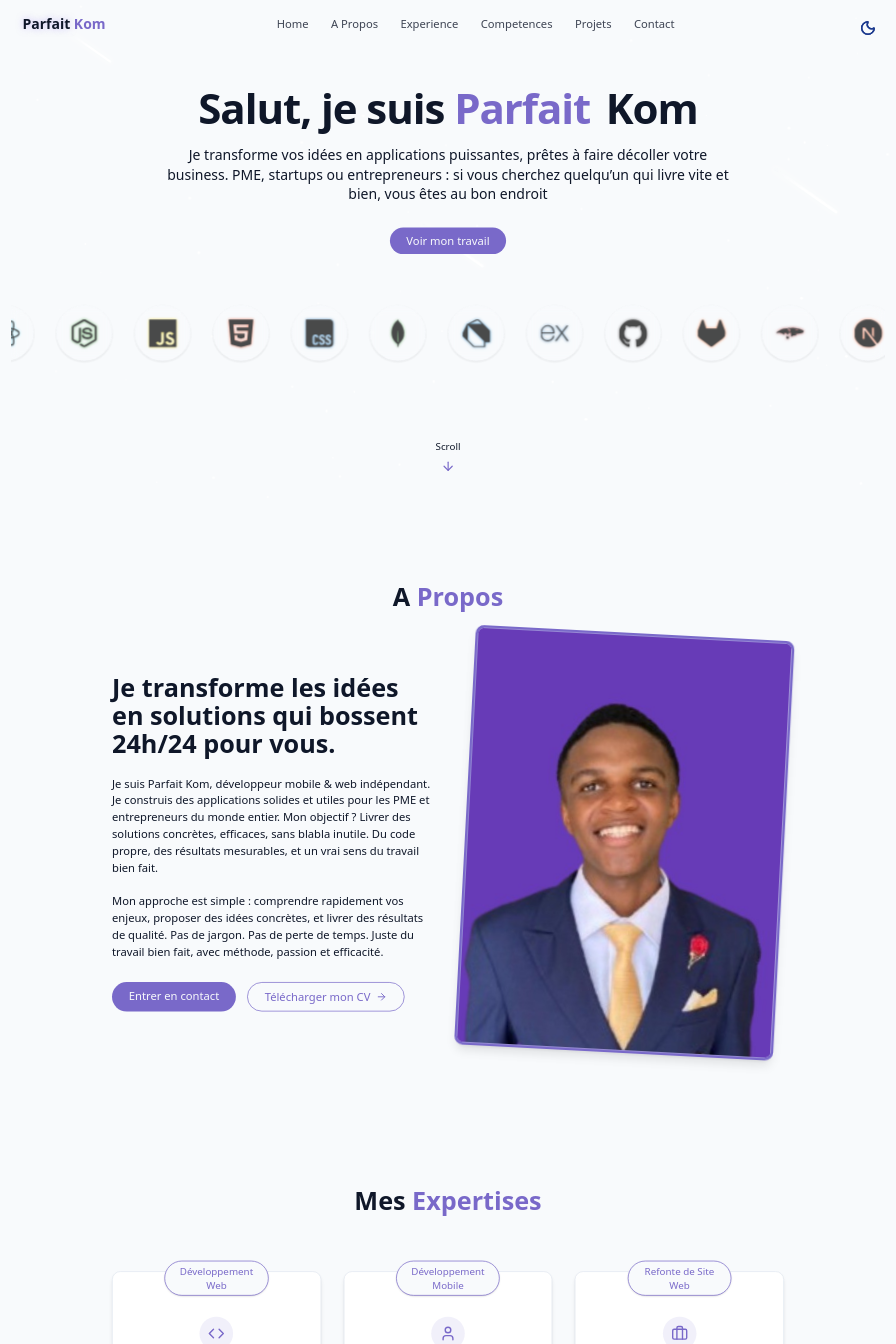
Repository: KOMI18/komi-folio
Page: /
The author's editor kept a copy of each file at every save. The page is drawn from the files as they stood at one save, then again after a run of saves.
The browser window is 1280 px wide. The pictures show the part of the page from y = 0 to 1920 px (the page is 6235 px tall), at 70% of full size.
The project was rebuilt for these pictures with package versions that can differ from the ones it lists, and the page was loaded fresh each time. Also part of the build but not shown: vite.config.js, src/pages/NotFound.jsx.

Above is the page before, as saved 2025-06-27 23:55:18.

### index.html
<!doctype html>
<html lang="en">
  <head>
    <meta charset="UTF-8" />
    <link rel="icon" type="image/svg+xml" href="" />
    <meta name="viewport" content="width=device-width, initial-scale=1.0" />
    <title>Parfait Kom</title>
  </head>
  <body>
    <div id="root"></div>
    <script type="module" src="/src/main.jsx"></script>
  </body>
</html>

### src/index.css
@import "tailwindcss";

@theme {
  --color-border: hsl(var(--border));
  --color-background: hsl(var(--background));
  --color-foreground: hsl(var(--foreground));

  --color-primary: hsl(var(--primary));
  --color-primary-foreground: hsl(var(--primary-foreground));

  --color-card: hsl(var(--card));

  --animate-float: float 6s ease-in-out infinite;
  --animate-pulse-subtle: pulse-subtle 4s ease-in-out infinite;
  --animate-fade-in: fade-in 0.7s ease-out forwards;
  --animate-fade-in-delay-1: fade-in 0.7s ease-out 0.2s forwards;
  --animate-fade-in-delay-2: fade-in 0.7s ease-out 0.4s forwards;
  --animate-fade-in-delay-3: fade-in 0.7s ease-out 0.6s forwards;
  --animate-fade-in-delay-4: fade-in 0.7s ease-out 0.8s forwards;
  --animate-meteor: meteor 5s linear infinite;

  @keyframes float {
    0%,
    100% {
      transform: translateY(0);
    }
    50% {
      transform: translateY(-10px);
    }
  }
  @keyframes pulse-subtle {
    0%,
    100% {
      opacity: 1;
    }
    50% {
      opacity: 0.8;
    }
  }
  @keyframes fade-in {
    from {
      opacity: 0;
      transform: translateY(20px);
    }
    to {
      opacity: 1;
      transform: translateY(0);
    }
  }
  @keyframes meteor {
    0% {
      transform: rotate(215deg) translateX(0);
      opacity: 1;
    }
    70% {
      opacity: 1;
    }
    100% {
      transform: rotate(215deg) translateX(-500px);
      opacity: 0;
    }
  }
}

@layer base {
  :root {
    --background: 210 40% 98%;
    --foreground: 222 47% 11%;

    --card: 0 0% 100%;

    --primary: 250 47% 60%;
    --primary-foreground: 210 40% 98%;

    --border: 214 32% 91%;
  }

  .dark {
    --background: 222 47% 4%;
    --foreground: 213 31% 91%;

    --card: 222 47% 8%;

    --primary: 250 65% 65%;
    --primary-foreground: 213 31% 91%;

    --border: 217 33% 20%;
  }

  * {
    @apply border-border;
  }

  html {
    @apply scroll-smooth;
  }

  body {
    @apply bg-background text-foreground transition-colors duration-300;
    font-feature-settings: "rlig" 1, "calt" 1;
  }
}

@utility container {
  margin-inline: auto;
  padding-inline: 2rem;

  @media (width >= 640px) {
    max-width: 640px;
  }
  @media (width >= 768px) {
    max-width: 768px;
  }
  @media (width >= 1024px) {
    max-width: 1024px;
  }
  @media (width >= 1280px) {
    max-width: 1280px;
  }
  @media (width >= 1400px) {
    max-width: 1400px;
  }
}

@utility text-glow {
  @apply relative;
  text-shadow: 0 0 10px rgba(167, 139, 250, 0.5);
}

@utility card-hover {
  @apply transition-transform duration-300 hover:scale-[1.02] hover:shadow-lg;
}

@utility gradient-border {
  @apply relative rounded-md;
  background: linear-gradient(to right, hsl(var(--card)), hsl(var(--card)));
  background-clip: padding-box;
  border: 1px solid transparent;
}

@utility cosmic-button {
  @apply px-6 py-2 rounded-full bg-primary text-primary-foreground font-medium
         transition-all duration-300 hover:shadow-[0_0_10px_rgba(139,92,246,0.5)]
         hover:scale-105 active:scale-95;
}

@utility star {
  @apply absolute rounded-full bg-white;
  box-shadow: 0 0 10px 2px rgba(255, 255, 255, 0.4);
}

@utility meteor {
  @apply absolute bg-linear-to-r from-white via-white to-transparent rounded-full;
  box-shadow: 0 0 10px 5px rgba(255, 255, 255, 0.3);
}

#root {
  max-width: 100%;
  margin: 0 auto;
  padding: 0;
  text-align: center;
}
@keyframes fade-in-up {
  0% {
    opacity: 0;
    transform: translateY(16px);
  }
  100% {
    opacity: 1;
    transform: translateY(0);
  }
}

.animate-fade-in-up {
  animation: fade-in-up 1s ease-out forwards;
}
@keyframes scroll {
  0% { transform: translateX(0); }
  100% { transform: translateX(-50%); }
}
.animate-carousel{
  animation: scroll 25s linear infinite;
}

### src/pages/Home.jsx
import { Navbar } from "../components/Navbar";
import { ThemeToggle } from "../components/ThemeToggle";
import { StarBackground } from "@/components/StarBackground";
import { HeroSection } from "../components/HeroSection";
import { AboutSection } from "../components/AboutSection";
import { SkillsSection } from "../components/SkillsSection";
import { ProjectsSection } from "../components/ProjectsSection";
import { ContactSection } from "../components/ContactSection";
import { Footer } from "../components/Footer";
import {ExperienceSection} from "../components/ExperianceSection"
import { ExpertiseSection } from "../components/ExpertiseSection";
export const Home = () => {
  return (
    <div className="min-h-screen bg-background text-foreground overflow-x-hidden">
      {/* Theme Toggle */}
      <ThemeToggle />
      {/* Background Effects */}
      <StarBackground />

      {/* Navbar */}
      <Navbar />
      {/* Main Content */}
      <main>
        <HeroSection />
        <AboutSection />
        <ExpertiseSection/>
        <ExperienceSection/>
        <SkillsSection />
        <ProjectsSection />
        <ContactSection />
      </main>

      {/* Footer */}
      <Footer />
    </div>
  );
};

### src/components/ui/toaster.jsx
import { useToast } from "@/hooks/use-toast";
import {
  Toast,
  ToastClose,
  ToastDescription,
  ToastProvider,
  ToastTitle,
  ToastViewport,
} from "@/components/ui/toast";

export function Toaster() {
  const { toasts } = useToast();

  return (
    <ToastProvider>
      {toasts.map(function ({ id, title, description, action, ...props }) {
        return (
          <Toast key={id} {...props}>
            <div className="grid gap-1">
              {title && <ToastTitle>{title}</ToastTitle>}
              {description && (
                <ToastDescription>{description}</ToastDescription>
              )}
            </div>
            {action}
            <ToastClose />
          </Toast>
        );
      })}
      <ToastViewport />
    </ToastProvider>
  );
}

### src/components/Navbar.jsx
import { cn } from "@/lib/utils";
import { Menu, X } from "lucide-react";
import { useEffect, useState } from "react";
import { ThemeToggle } from "./ThemeToggle";
const navItems = [
  { name: "Home", href: "#hero" },
  { name: "A Propos", href: "#about" },
  { name: "Experience", href: "#experience" },
  { name: "Competences", href: "#skills" },
  { name: "Projets", href: "#projects" },
  { name: "Contact", href: "#contact" },


];

export const Navbar = () => {
  const [isScrolled, setIsScrolled] = useState(false);
  const [isMenuOpen, setIsMenuOpen] = useState(false);

  useEffect(() => {
    const handleScroll = () => {
      setIsScrolled(window.screenY > 10);
    };

    window.addEventListener("scroll", handleScroll);
    return () => window.removeEventListener("scroll", handleScroll);
  }, []);
  return (
    <nav
      className={cn(
        "fixed w-full z-40 transition-all duration-300",
        isScrolled ? "py-3 bg-background/80 backdrop-blur-md shadow-xs" : "py-5"
      )}
    >
      <div className="container flex items-center justify-between">
        <a
          className="text-xl font-bold text-primary flex items-center"
          href="#hero"
        >
          <span className="relative z-10">
            <span className="text-glow text-foreground"> Parfait  </span>{" "}
            Kom
          </span>
        </a>

        {/* desktop nav */}
        <div className="hidden md:flex space-x-8">
          {navItems.map((item, key) => (
            <a
              key={key}
              href={item.href}
              className="text-foreground/80 hover:text-primary transition-colors duration-300"
            >
              {item.name}
            </a>
          ))}
        </div>

        {/* mobile nav */}

        <div className="flex items-center px-5 justify-end">
          <ThemeToggle />

        <button
          onClick={() => setIsMenuOpen((prev) => !prev)}
          className="md:hidden p-2 text-foreground z-50"
          aria-label={isMenuOpen ? "   Menu" : "Open Menu"}
        >
          {isMenuOpen ? <X size={24} /> : <Menu size={24} />}{" "}
        </button>
        </div>
        <div
          className={cn(
            "fixed inset-0 bg-background/95 backdroup-blur-md z-40 flex flex-col items-center justify-center",
            "transition-all duration-300 md:hidden",
            isMenuOpen
              ? "opacity-100 pointer-events-auto"
              : "opacity-0 pointer-events-none"
          )}
        >
          <div className="flex flex-col space-y-8 text-xl">
            {navItems.map((item, key) => (
              <a
                key={key}
                href={item.href}
                className="text-foreground/80 hover:text-primary transition-colors duration-300"
                onClick={() => setIsMenuOpen(false)}
              >
                {item.name}
              </a>
            ))}
          </div>
        </div>
      </div>
    </nav>
  );
};

### src/components/ThemeToggle.jsx
import { Moon, Sun } from "lucide-react";
import { useEffect, useState } from "react";
import { cn } from "@/lib/utils";

export const ThemeToggle = () => {
  const [isDarkMode, setIsDarkMode] = useState(false);

  useEffect(() => {
    const storedTheme = localStorage.getItem("theme");
    if (storedTheme === "dark") {
      setIsDarkMode(true);
      document.documentElement.classList.add("dark");
    } else {
      localStorage.setItem("theme", "light");
      setIsDarkMode(false);
    }
  }, []);

  const toggleTheme = () => {
    if (isDarkMode) {
      document.documentElement.classList.remove("dark");
      localStorage.setItem("theme", "light");
      setIsDarkMode(false);
    } else {
      document.documentElement.classList.add("dark");
      localStorage.setItem("theme", "dark");
      setIsDarkMode(true);
    }
  };

  return (
    <button
      onClick={toggleTheme}
      className={cn(
        "fixed top-5 right-5 z-30 p-2 rounded-full transition-colors duration-300",
        "focus:outline-none"
      )}
    >
      {isDarkMode ? (
        <Sun className="h-6 w-6 text-yellow-300" />
      ) : (
        <Moon className="h-6 w-6 text-blue-900" />
      )}
    </button>
  );
};

### src/components/StarBackground.jsx
import { useEffect, useState } from "react";

// id, size, x, y, opacity, animationDuration
// id, size, x, y, delay, animationDuration

export const StarBackground = () => {
  const [stars, setStars] = useState([]);
  const [meteors, setMeteors] = useState([]);

  useEffect(() => {
    generateStars();
    generateMeteors();

    const handleResize = () => {
      generateStars();
    };

    window.addEventListener("resize", handleResize);

    return () => window.removeEventListener("resize", handleResize);
  }, []);

  const generateStars = () => {
    const numberOfStars = Math.floor(
      (window.innerWidth * window.innerHeight) / 10000
    );

    const newStars = [];

    for (let i = 0; i < numberOfStars; i++) {
      newStars.push({
        id: i,
        size: Math.random() * 3 + 1,
        x: Math.random() * 100,
        y: Math.random() * 100,
        opacity: Math.random() * 0.5 + 0.5,
        animationDuration: Math.random() * 4 + 2,
      });
    }

    setStars(newStars);
  };

  const generateMeteors = () => {
    const numberOfMeteors = 4;
    const newMeteors = [];

    for (let i = 0; i < numberOfMeteors; i++) {
      newMeteors.push({
        id: i,
        size: Math.random() * 2 + 1,
        x: Math.random() * 100,
        y: Math.random() * 20,
        delay: Math.random() * 15,
        animationDuration: Math.random() * 3 + 3,
      });
    }

    setMeteors(newMeteors);
  };

  return (
    <div className="fixed inset-0 overflow-hidden pointer-events-none z-0">
      {stars.map((star) => (
        <div
          key={star.id}
          className="star animate-pulse-subtle"
          style={{
            width: star.size + "px",
            height: star.size + "px",
            left: star.x + "%",
            top: star.y + "%",
            opacity: star.opacity,
            animationDuration: star.animationDuration + "s",
          }}
        />
      ))}

      {meteors.map((meteor) => (
        <div
          key={meteor.id}
          className="meteor animate-meteor"
          style={{
            width: meteor.size * 50 + "px",
            height: meteor.size * 2 + "px",
            left: meteor.x + "%",
            top: meteor.y + "%",
            animationDelay: meteor.delay,
            animationDuration: meteor.animationDuration + "s",
          }}
        />
      ))}
    </div>
  );
};

### src/components/AboutSection.jsx

import { ArrowRight , Image} from "lucide-react";

export const AboutSection = () => {
  return (
    <section id="about" className="py-24 px-4 bg-background">
       <h2 className="text-3xl md:text-4xl font-bold mb-4 py-4 text-center">
          {" "}
          A <span className="text-primary">Propos</span>
        </h2>
      <div className="container mx-auto max-w-5xl grid grid-cols-1 md:grid-cols-2  gap-12 items-center">
        {/* Image */}
        <div className="order-first md:order-last flex justify-center md:justify-start">
          <div className="w-40 h-40 sm:w-80 sm:h-80 md:w-[500px] md:h-[500px] lg:w-[600px] lg:h-[600px] relative transform rotate-3 rounded-xl overflow-hidden border-4 border-primary shadow-lg transition-transform duration-500 hover:scale-105">
            <img
              src="/projects/parfaitkom.jpeg"
              alt="Parfait Kom"
              className="w-full h-full object-cover"
              width={500}
              height={500}
            />
          </div>
        </div>
        {/* Content */}
        <div className="space-y-6">
          <h2 className="text-3xl md:text-4xl font-bold text-left  md:text-left">
            Je transforme les idées en solutions qui bossent 24h/24 pour vous.
          </h2>

          <p className="text-muted-foreground text-left md:text-left">
            Je suis Parfait Kom, développeur mobile & web indépendant. Je construis des applications solides et utiles pour les PME et entrepreneurs du monde entier. Mon objectif ? Livrer des solutions concrètes, efficaces, sans blabla inutile. Du code propre, des résultats mesurables, et un vrai sens du travail bien fait.
          </p>

          <p className="text-muted-foreground text-left md:text-left">
            Mon approche est simple : comprendre rapidement vos enjeux, proposer des idées concrètes, et livrer des résultats de qualité. Pas de jargon. Pas de perte de temps. Juste du travail bien fait, avec méthode, passion et efficacité.
          </p>

          <div className="flex flex-col sm:flex-row gap-4 pt-2">
            <a href="#contact" className="cosmic-button">
              Entrer en contact
            </a>

            <a
              href="/docs/parfait_kom_cv.pdf"
              download
              className="px-6 py-2 rounded-full border border-primary text-primary hover:bg-primary/10 transition-colors duration-300 flex items-center gap-2"
            >
              Télécharger mon CV <ArrowRight className="w-4 h-4" />
            </a>
          </div>
        </div>
      </div>
    </section>
  );
};

export default AboutSection;

### src/components/SkillsSection.jsx
import { useState } from "react";
import { cn } from "@/lib/utils";

const skills = [
  // Frontend
  { name: "Flutter / Dart", level: 70, category: "frontend" },
  { name: "JavaScript", level: 60, category: "frontend" },
  { name: "React", level: 80, category: "frontend" },
  { name: "Tailwind CSS", level: 90, category: "frontend" },


  // Backend
  { name: "Node.js", level: 80, category: "backend" },
  { name: "Express", level: 75, category: "backend" },
  { name: "MongoDB", level: 70, category: "backend" },

  // Tools
  { name: "Git/GitHub", level: 80, category: "tools" },
  { name: "Postman", level: 80, category: "tools" },
];

const categories = ["Tout", "frontend", "backend", "tools"];

export const SkillsSection = () => {
  const [activeCategory, setActiveCategory] = useState("Tout");

  const filteredSkills = skills.filter(
    (skill) => activeCategory === "Tout" || skill.category === activeCategory
  );
  return (
    <section id="skills" className="py-24 px-4 relative bg-secondary/30">
      <div className="container mx-auto max-w-5xl">
        <h2 className="text-3xl md:text-4xl font-bold mb-12 text-center">
        Mes  <span className="text-primary"> compétences</span>
        </h2>

        <div className="flex flex-wrap justify-center gap-4 mb-12">
          {categories.map((category, key) => (
            <button
              key={key}
              onClick={() => setActiveCategory(category)}
              className={cn(
                "px-5 py-2 rounded-full transition-colors duration-300 capitalize",
                activeCategory === category
                  ? "bg-primary text-primary-foreground"
                  : "bg-secondary/70 text-forefround hover:bd-secondary"
              )}
            >
              {category}
            </button>
          ))}
        </div>

        <div className="grid grid-cols-1 sm:grid-cols-2 lg:grid-cols-3 gap-6">
          {filteredSkills.map((skill, key) => (
            <div
              key={key}
              className="bg-card p-6 rounded-lg shadow-xs card-hover"
            >
              <div className="text-left mb-4">
                <h3 className="font-semibold text-lg"> {skill.name}</h3>
              </div>
              <div className="w-full bg-secondary/50 h-2 rounded-full overflow-hidden">
                <div
                  className="bg-primary h-2 rounded-full origin-left animate-[grow_1.5s_ease-out]"
                  style={{ width: skill.level + "%" }}
                />
              </div>

              <div className="text-right mt-1">
                <span className="text-sm text-muted-foreground">
                  {skill.level}%
                </span>
              </div>
            </div>
          ))}
        </div>
      </div>
    </section>
  );
};

### src/components/Footer.jsx
import { ArrowUp } from "lucide-react";

export const Footer = () => {
  return (
    <footer className="py-12 px-4 bg-card relative border-t border-border mt-12 pt-8 flex flex-wrap justify-between items-center">
      {" "}
      <p className="text-sm text-muted-foreground">
        {" "}
        &copy; {new Date().getFullYear()} Parfait Kom . All rights reserved.
      </p>
      <a
        href="#hero"
        className="p-2 rounded-full bg-primary/10 hover:bg-primary/20 text-primary transition-colors"
      >
        <ArrowUp size={20} />
      </a>
    </footer>
  );
};

### src/components/ExpertiseSection.jsx
import { useEffect } from "react";
import { Code, User, Briefcase } from "lucide-react";

export const ExpertiseSection = () => {
  const services = [
    {
      icon: <Code className="h-6 w-6 text-primary" />,
      title: "Développement Web",
      description:
        "Des sites solides, rapides, pensés pour convaincre et performer. Rien n'est laissé au hasard."
    },
    {
      icon: <User className="h-6 w-6 text-primary" />,
      title: "Développement Mobile",
      description:
        "Des applications mobiles modernes, stables et fluides. Pensées pour vos utilisateurs, conçues pour durer."
    },
    {
      icon: <Briefcase className="h-6 w-6 text-primary" />,
      title: "Refonte de Site Web",
      description:
        "Un site obsolète, c’est un frein. Je repense, restructure et redonne vie à votre présence en ligne."
    }
  ];

  useEffect(() => {
    const observer = new IntersectionObserver(
      (entries) => {
        entries.forEach((entry) => {
          if (entry.isIntersecting) {
            entry.target.classList.add("animate-fade-in-up");
            observer.unobserve(entry.target);
          }
        });
      },
      { threshold: 0.2 }
    );

    const cards = document.querySelectorAll(".expertise-card");
    cards.forEach((card) => observer.observe(card));

    return () => observer.disconnect();
  }, []);

  return (
    <section id="expertise" className="py-24 px-4 bg-background">
      <div className="container max-w-5xl mx-auto text-center">
        <h2 className="text-3xl md:text-4xl font-bold mb-16">
          Mes <span className="text-primary">Expertises</span>
        </h2>

        <div className="grid grid-cols-1 md:grid-cols-3 gap-8 items-end">
          {services.map((service, index) => (
            <div
              key={index}
              className="expertise-card opacity-0 transition-opacity duration-700 ease-out translate-y-4 relative z-10 bg-card border border-border rounded-xl p-6 shadow-md hover:shadow-lg flex flex-col justify-between"
            >
              <div>
                <div className="absolute -top-4 left-1/2 -translate-x-1/2 bg-background px-3 py-1 rounded-full border border-primary text-primary text-sm font-medium shadow">
                  {service.title}
                </div>
                <div className="flex flex-col items-center pt-10 space-y-4">
                  <div className="p-3 rounded-full bg-primary/10">{service.icon}</div>
                  <p className="text-muted-foreground text-sm text-center">
                    {service.description}
                  </p>
                </div>
              </div>
              {index < services.length  && (
                <svg
                  viewBox="0 0 100 50"
                  preserveAspectRatio="none"
                  className="w-full h-8 mt-4"
                >
                  <path
                    d="M0 0 C 50 50, 50 50, 100 0"
                    stroke="#6366f1"
                    strokeWidth="2"
                    fill="none"
                    strokeDasharray="6 4"
                  />
                </svg>
              )}
            </div>
          ))}
        </div>
      </div>
    </section>
  );
};

Loaded but not shown: src/main.jsx (common file); src/App.jsx (common file); src/lib/utils.js (common file); src/hooks/use-toast.js (144 lines, source omitted); src/components/ContactSection.jsx (235 lines, source omitted); src/components/ProjectsSection.jsx (134 lines, source omitted); src/components/ExperianceSection.jsx (117 lines, source omitted); src/components/ui/toast.jsx (102 lines, source omitted); src/components/HeroSection.jsx (82 lines, source omitted)

After the next 4 saves:
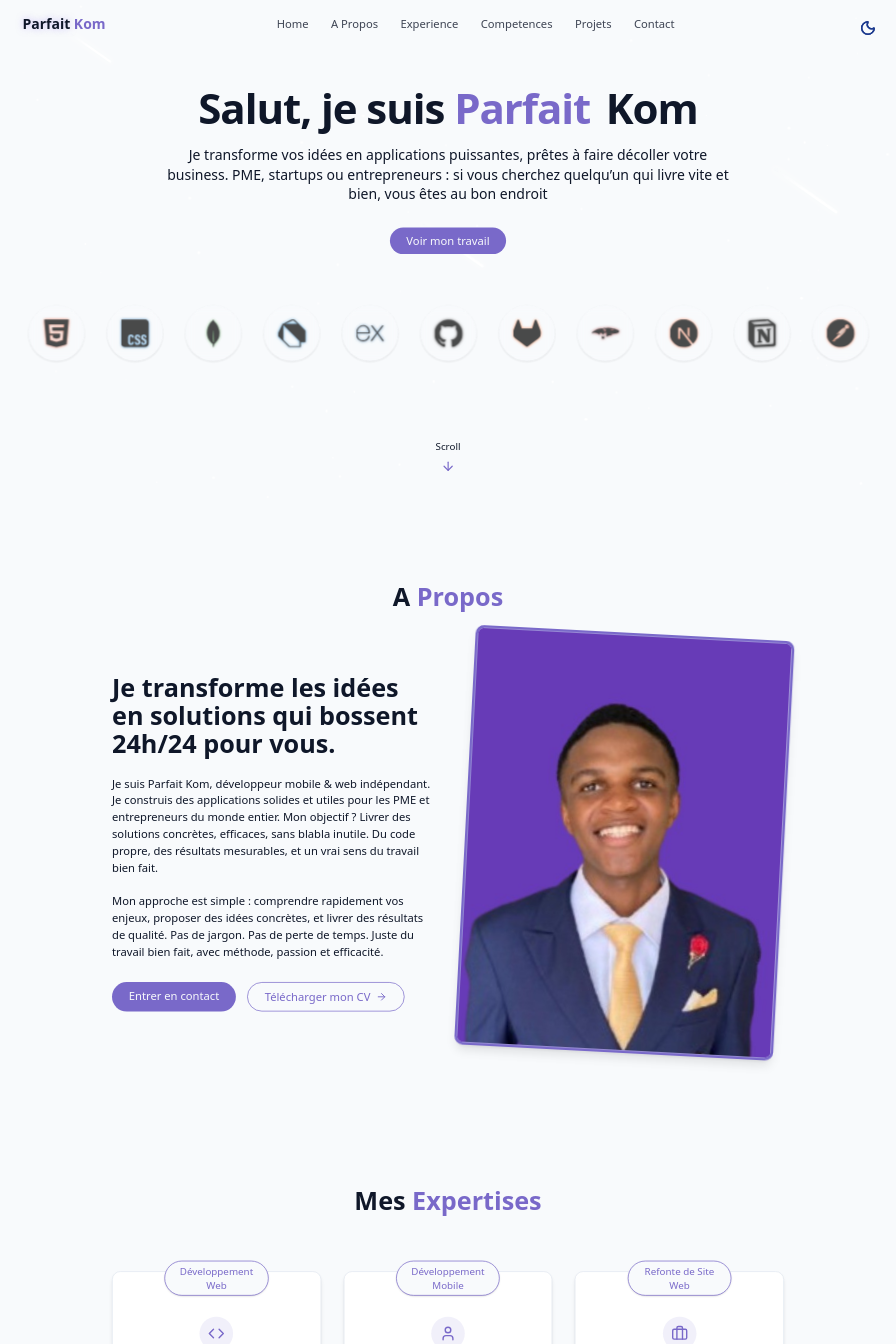
The 4 saves are shown as one change because they came seconds apart.
The last was saved 8 min 37 s later.
--- a/src/index.css
+++ b/src/index.css
@@ -179,5 +179,5 @@
   100% { transform: translateX(-50%); }
 }
 .animate-carousel{
-  animation: scroll 25s linear infinite;
+  animation: scroll 10s linear infinite;
 }
